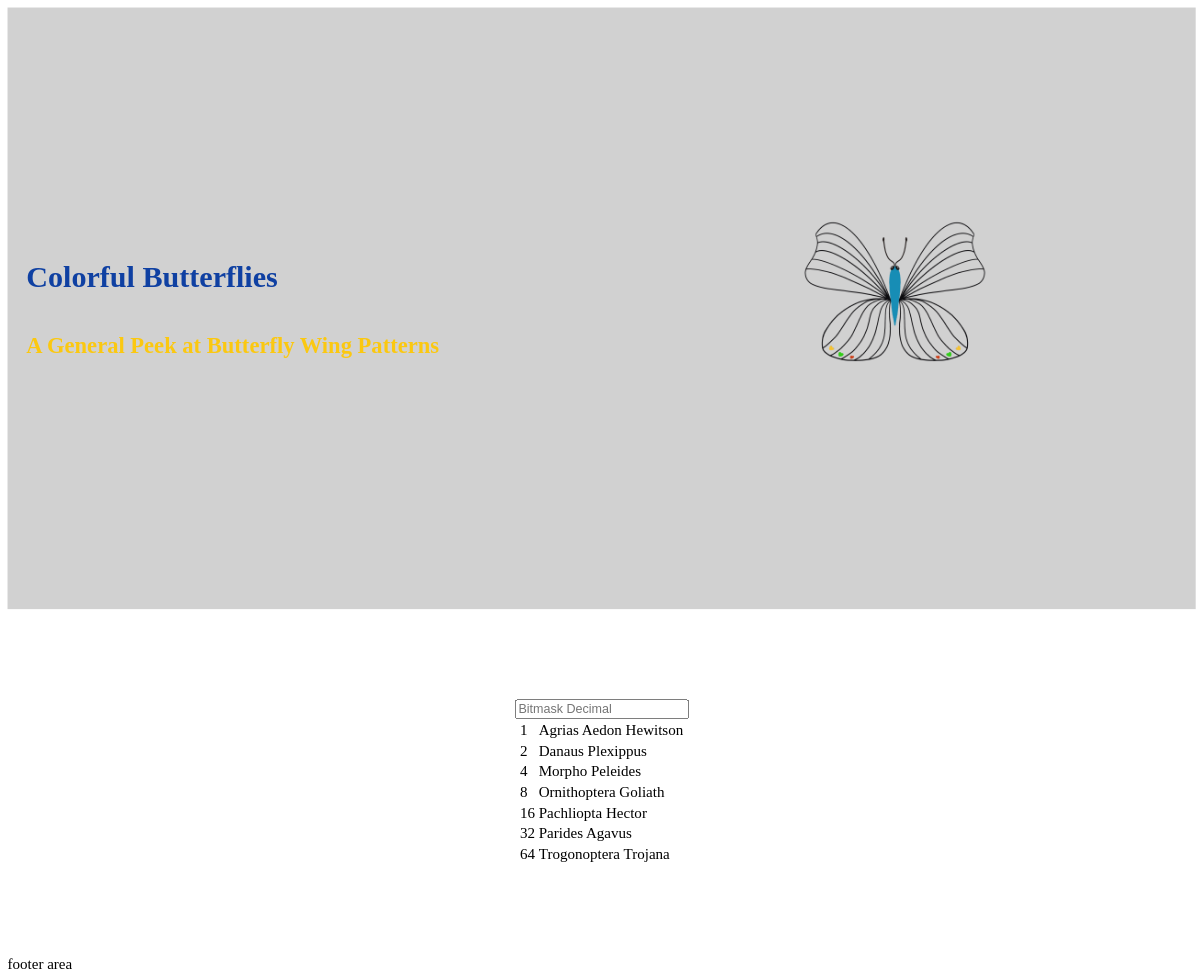
Repository: MeowCeline00/assessment-2
Page: /
The author's editor kept a copy of each file at every save. The page is drawn from the files as they stood at one save, then again after a run of saves.
The browser window is 1280 px wide. The pictures show the whole page, at 94% of full size.
The project was rebuilt for these pictures with package versions that can differ from the ones it lists, and the page was loaded fresh each time. The framework's server and built-in components were replaced by stand-ins that run in the browser. Also part of the build but not shown: next.config.mjs.

Above is the page before, as saved 2024-02-07 21:56:45.

After the next 6 saves:
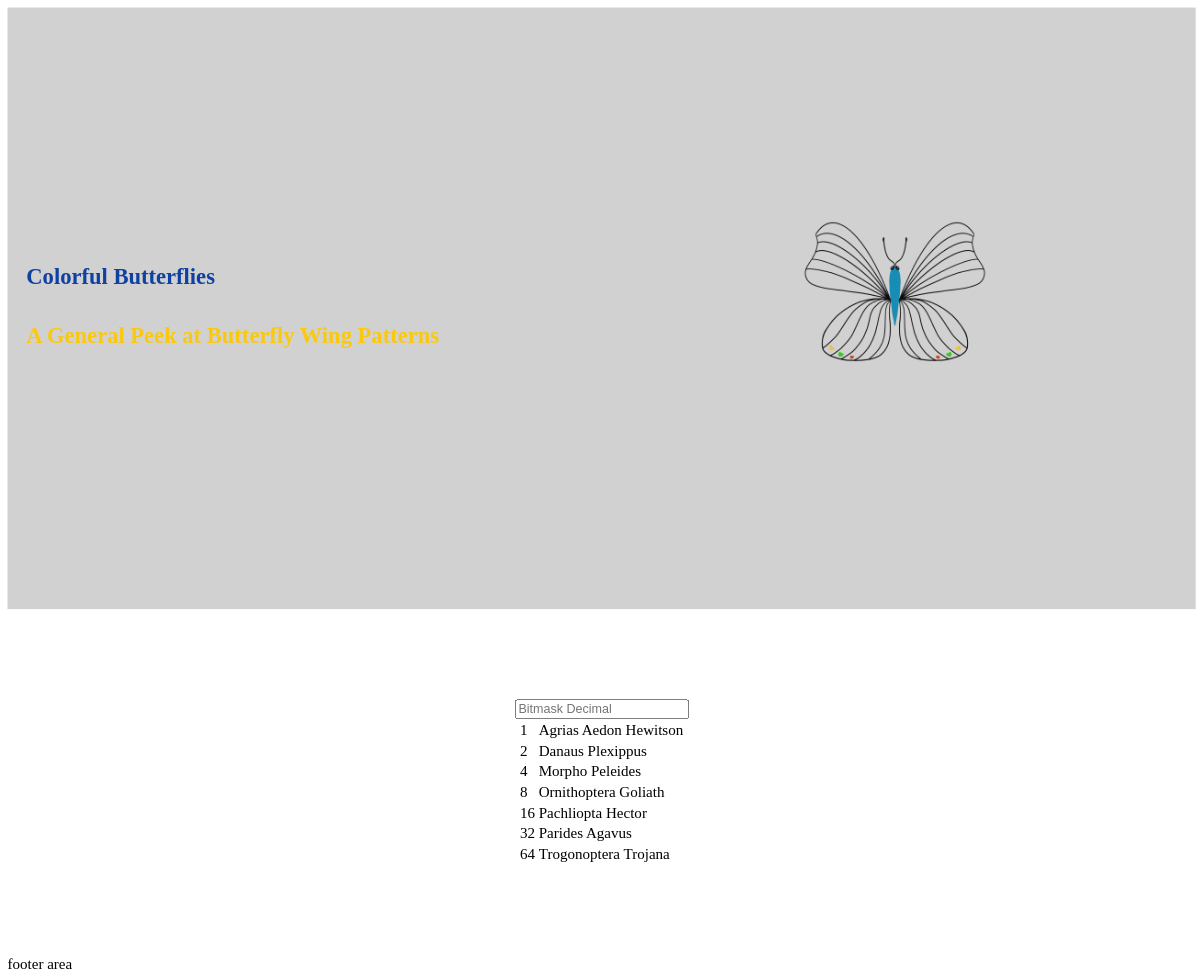
The 6 saves are shown as one change because they came seconds apart.
The last was saved 29 s later.
--- a/Components/Header/Header.module.css
+++ b/Components/Header/Header.module.css
@@ -13,6 +13,8 @@
 
 .titleArea h1 {
     color: rgb(15, 64, 162);
+    font-size: x-large;
+    font-family: ;
 }
 
 .titleArea h2 {
